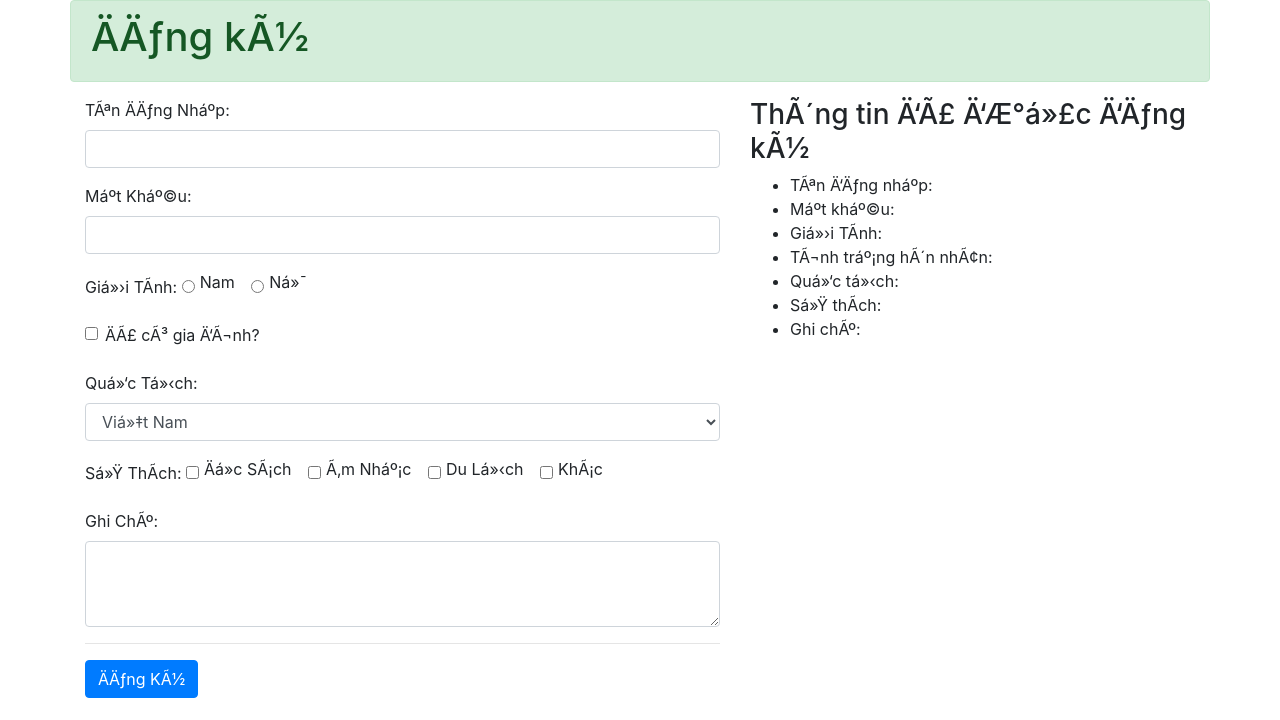
Repository: MT-thanh-MT/Java4_labs
Page: http://localhost/Lab2/views/register.jsp
An editor plug-in stored every save of this project. The page is shown before and after the next save, followed by the edit.
The browser window is 1280 px wide. The pictures show the whole page.
The page is served by Tomcat 9.

Above is the page before, as saved 2022-07-11 11:55:59.

After the next save:
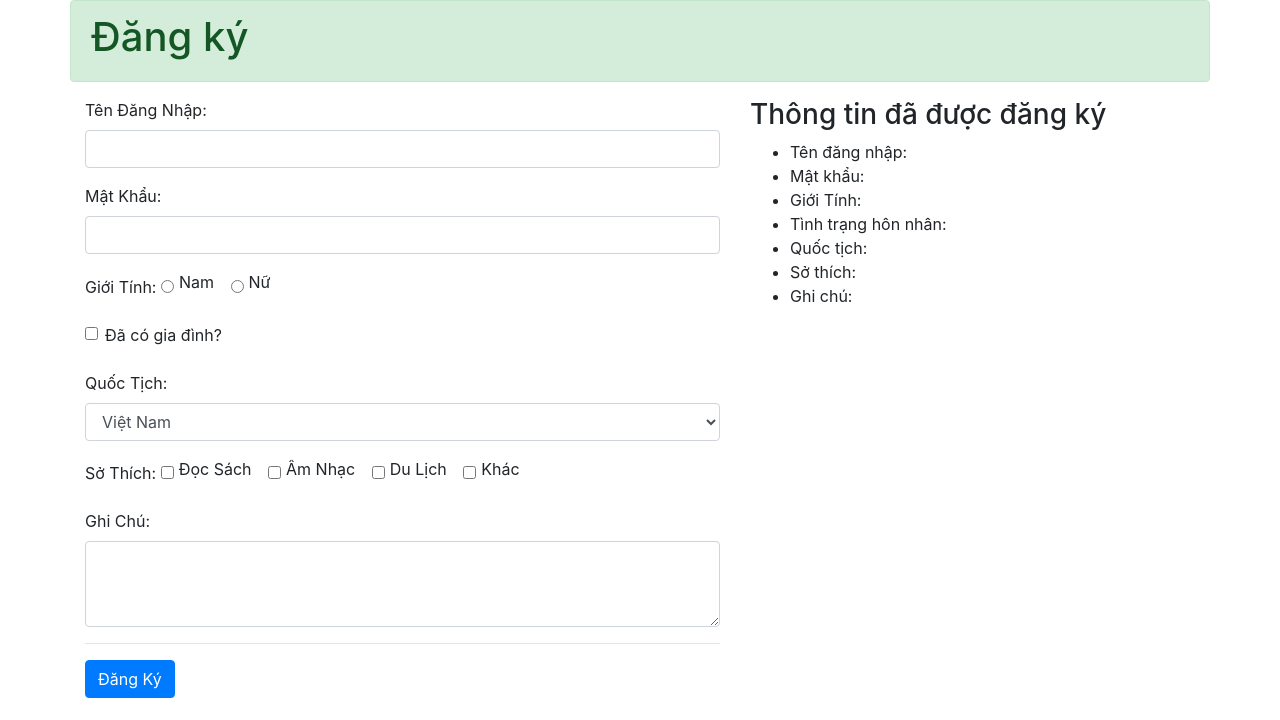
Saved 31 s later.
--- a/Lab2/src/main/webapp/views/register.jsp
+++ b/Lab2/src/main/webapp/views/register.jsp
@@ -1,5 +1,5 @@
-<%@ page language="java" contentType="text/html; charset=ISO-8859-1"
-	pageEncoding="ISO-8859-1"%>
+<%@ page language="java" contentType="text/html; charset=utf-8"
+	pageEncoding="utf-8"%>
 <!doctype html>
 <html lang="en">
 <head>
